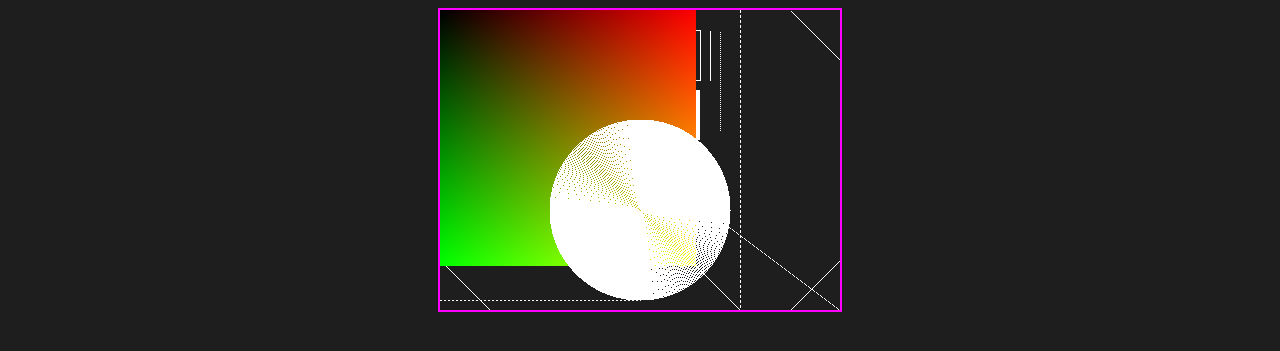
Repository: StarLightGX/miao
Page: paint.html
An editor plug-in stored every save of this project. The page is shown before and after the next save, followed by the edit.
The browser window is 1280 px wide. The pictures show the whole page.

Above is the page before, as saved 2020-11-13 16:35:29.

After the next save:
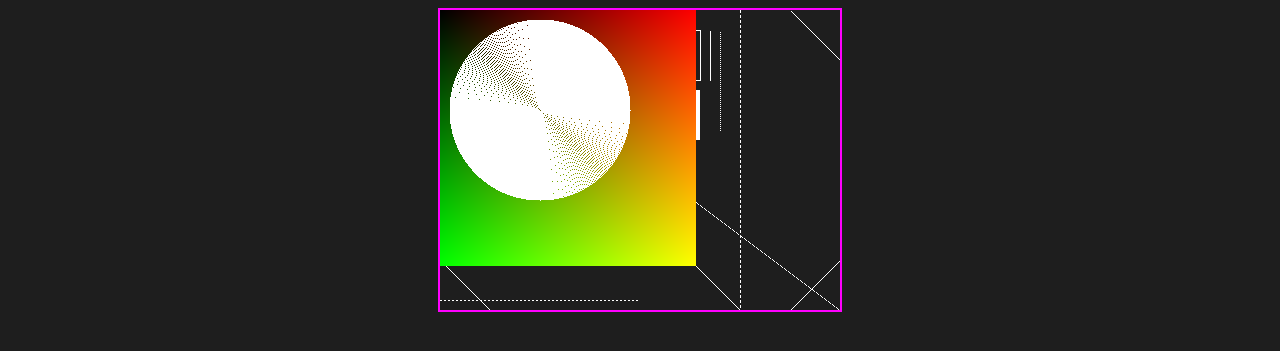
Saved 64 s later.
--- a/paint.html
+++ b/paint.html
@@ -204,13 +204,13 @@
     for (var r = 90; r > 0; r--) {
       for (x = -r; x < r; x++) {
         y = Math.sqrt(r * r - x * x);
-        dot(x + 200, y + 200);
-        dot(x + 200, -y + 200);
+        dot(x + 100, y + 100);
+        dot(x + 100, -y + 100);
       }
       for (y = -r; y < r; y++) {
         x = Math.sqrt(r * r - y * y);
-        dot(x + 200, y + 200);
-        dot(-x + 200, y + 200);
+        dot(x + 100, y + 100);
+        dot(-x + 100, y + 100);
       }
     }
     //  for (var theta = 0; theta)
